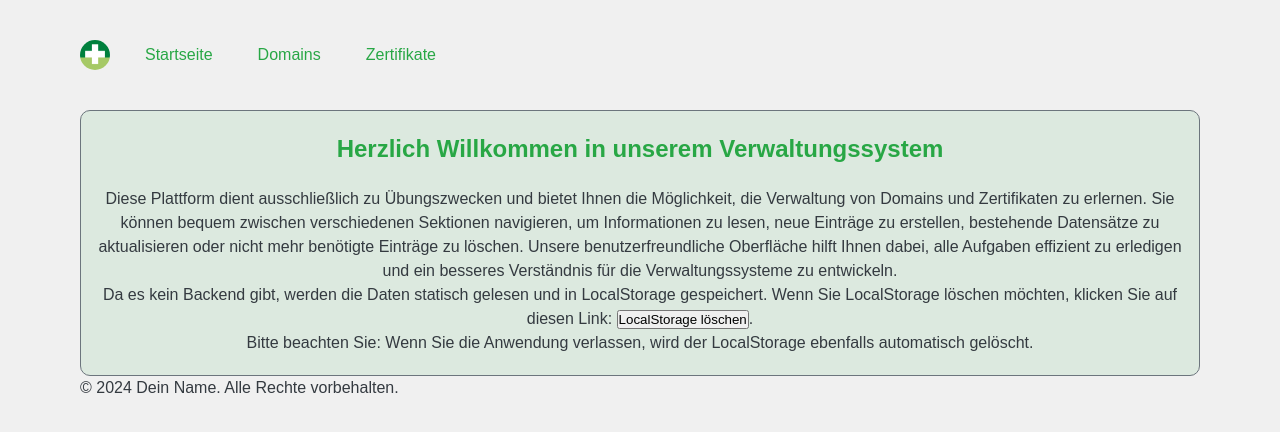
Repository: bajricadmir/verwaltungssystem-vanilla-html-css
Page: index.html
The author's editor kept a copy of each file at every save. The page is drawn from the files as they stood at one save, then again after the next save.
The browser window is 1280 px wide. The pictures show the whole page.

Above is the page before, as saved 2024-10-14 11:18:30.

After the next save:
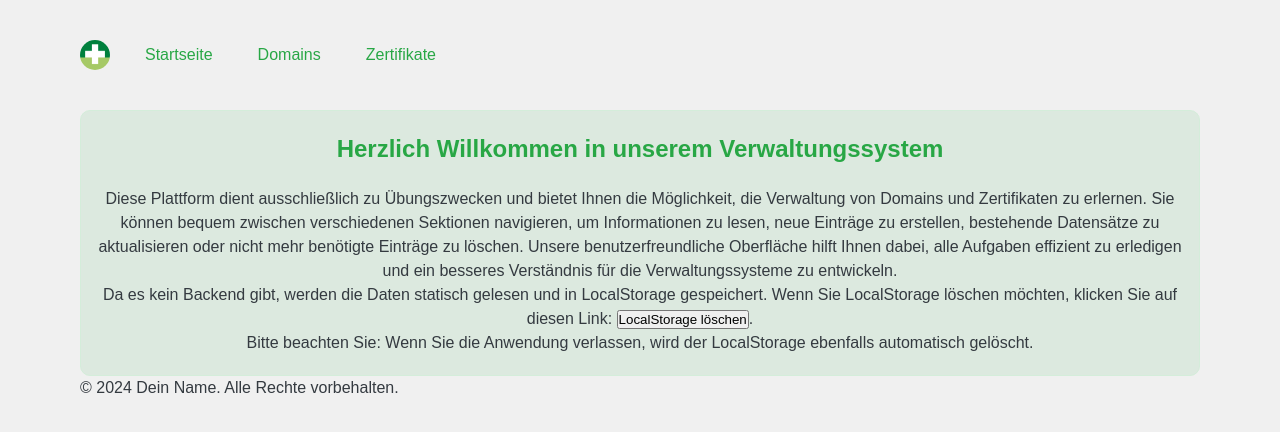
Saved 37 s later.
--- a/style.css
+++ b/style.css
@@ -96,7 +96,7 @@
   margin-top: 40px;
   background-color: rgba(40, 167, 69, 0.1);
   padding: 20px 15px;
-  border: 0.1px solid var(--secondary-color);
+  border: 0.1px solid var(--success-color-bgc);
   border-radius: 10px;
 }
 

After the save that followed:
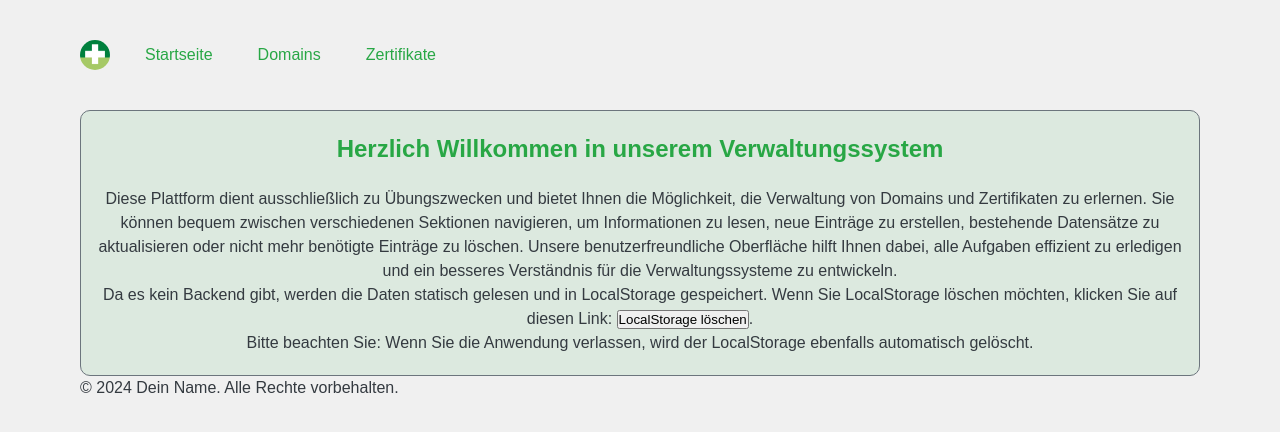
Saved 5 s later.
--- a/style.css
+++ b/style.css
@@ -96,7 +96,7 @@
   margin-top: 40px;
   background-color: rgba(40, 167, 69, 0.1);
   padding: 20px 15px;
-  border: 0.1px solid var(--success-color-bgc);
+  border: 0.1px solid var(--secondary-color);
   border-radius: 10px;
 }
 
